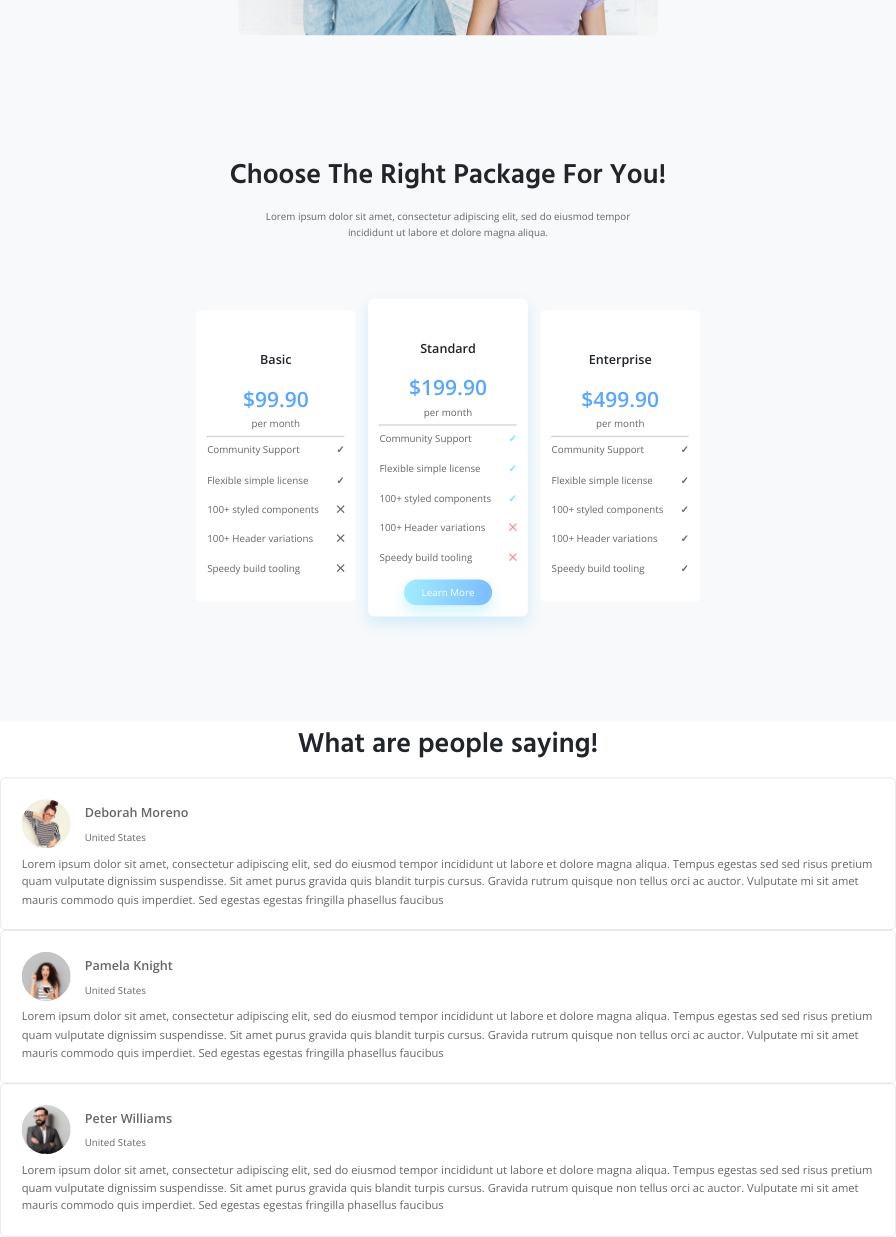
Repository: Sc-Juju/CodeRad
Page: index.html
These files come from the project's save history. The page is drawn as it stood at one moment and after the next save; the edit follows.
The browser window is 1280 px wide. The pictures show the part of the page from y = 2284 to 4204 px (the page is 4051 px tall before and 4204 px after), at 70% of full size.

Above is the page before, as saved 2022-11-11 21:34:29.

### index.html
<!DOCTYPE html>
<html>
	<head>
		<meta charset="utf-8" />
		<meta http-equiv="X-UA-Compatible" content="IE=edge" />
		<title>CodeRad</title>
		<meta name="description" content="" />
		<meta name="viewport" content="width=device-width, initial-scale=1" />

		<link
			href="https://fonts.googleapis.com/css2?family=Open+Sans:wght@300;400;600;700&display=swap"
			rel="stylesheet"
		/>
		<link
			href="https://fonts.googleapis.com/css2?family=Hind:wght@300;400;500;600;700&display=swap"
			rel="stylesheet"
		/>

		<link rel="stylesheet" href="./css/default.css" />
		<link rel="stylesheet" href="./css/styles.css" />
		<link rel="stylesheet" href="./css/responsive.css" />
	</head>
	<body>
		<nav class="navbar nav">
			<div class="container">
				<button
					class="navbar-toggler"
					aria-expanded="false"
					aria-controls="navbarDropdown"
				>
					<span>&#9776;</span>
				</button>
				<a class="navbar-brand" href="index.html">CodeRad</a>
				<ul class="navbar-nav">
					<li class="nav-link">
						<a href="#">Home</a>
					</li>

					<li class="nav-link">
						<a href="#">Blog</a>
					</li>
					<li class="nav-link">
						<a href="#">Portfolio</a>
					</li>
					<li class="nav-link">
						<a href="#">Contact</a>
					</li>
				</ul>
			</div>
		</nav>

		<header class="bg-header">
			<div class="container">
				<div class="hero-wrapper">
					<h2 class="hero-header">
						Young in our spirits and <br />
						modern look.
					</h2>
					<a class="btn btn-white" href="#">Learn more</a>
				</div>
			</div>
		</header>
		<!--Why me-->
		<section>
			<div class="container why-me-wrapper">
				<div class="block-text">
					<span>Why choose me</span>
					<h2>
						Meeting Your Needs <br />
						In Website Building
					</h2>
					<p>
						Lorem ipsum dolor sit amet, consectetur adipiscing elit,
						sed do eiusmod tempor incididunt ut labore et dolore
						magna aliqua.
					</p>
					<a href="" class="btn btn-primary">Learn More</a>
				</div>
				<div>
					<img src="./CodeRad-assets/image2.svg" alt="Icon Chart" />
				</div>
			</div>
		</section>
		<!--Services-->
		<section class="bg-contrast">
			<div class="container service-grid">
				<div class="service-card">
					<span class="bg-color-1"></span>
					<div>
						<h3>Branding</h3>
						<p>
							Lorem ipsum dolor sit amet, consectetur adipiscing
							elit, sed do eiusmod tempor incididunt ut labore et
							dolore magna aliqua. Ut morbi tincidunt augue
							interdum velit euismod in pellentesque. Congue
							mauris rhoncus aenean vel.
						</p>
					</div>
				</div>
				<div class="service-card">
					<span class="bg-color-2"></span>
					<div>
						<h3>Design & UX</h3>
						<p>
							Lorem ipsum dolor sit amet, consectetur adipiscing
							elit, sed do eiusmod tempor incididunt ut labore et
							dolore magna aliqua. Ut morbi tincidunt augue
							interdum velit euismod in pellentesque. Congue
							mauris rhoncus aenean vel.
						</p>
					</div>
				</div>
				<div class="service-card">
					<span class="bg-color-3"></span>
					<div>
						<h3>Development</h3>
						<p>
							Lorem ipsum dolor sit amet, consectetur adipiscing
							elit, sed do eiusmod tempor incididunt ut labore et
							dolore magna aliqua. Ut morbi tincidunt augue
							interdum velit euismod in pellentesque. Congue
							mauris rhoncus aenean vel.
						</p>
					</div>
				</div>
				<div class="service-card">
					<span class="bg-color-4"></span>
					<div>
						<h3>User analysis</h3>
						<p>
							Lorem ipsum dolor sit amet, consectetur adipiscing
							elit, sed do eiusmod tempor incididunt ut labore et
							dolore magna aliqua. Ut morbi tincidunt augue
							interdum velit euismod in pellentesque. Congue
							mauris rhoncus aenean vel.
						</p>
					</div>
				</div>
				<div class="service-card">
					<span class="bg-color-5"></span>
					<div>
						<h3>UX Research</h3>
						<p>
							Lorem ipsum dolor sit amet, consectetur adipiscing
							elit, sed do eiusmod tempor incididunt ut labore et
							dolore magna aliqua. Ut morbi tincidunt augue
							interdum velit euismod in pellentesque. Congue
							mauris rhoncus aenean vel.
						</p>
					</div>
				</div>
				<div class="service-card">
					<span class="bg-color-6"></span>
					<div>
						<h3>SEO Service</h3>
						<p>
							Lorem ipsum dolor sit amet, consectetur adipiscing
							elit, sed do eiusmod tempor incididunt ut labore et
							dolore magna aliqua. Ut morbi tincidunt augue
							interdum velit euismod in pellentesque. Congue
							mauris rhoncus aenean vel.
						</p>
					</div>
				</div>
			</div>
		</section>

		<!--Video Demo-->
		<section class="video-demo">
			<div class="container">
				<div class="block-text">
					<h2>Telling Our Story</h2>
					<p>
						Lorem ipsum dolor sit amet, consectetur adipiscing elit,
						sed do eiusmod tempor <br />
						incididunt ut labore et dolore magna aliqua.
					</p>
				</div>
				<div class="video-box">
					<a href="#" class="video-btn">
						<img
							src="./CodeRad-assets/play.svg"
							alt="Play Video Button"
						/>
					</a>
					<img
						src="./CodeRad-assets/demo-video-thumbnail.jpg"
						alt="Video thumbnail"
					/>
				</div>
			</div>
		</section>

		<!--Pricing plans-->
		<section class="bg-contrast">
			<div class="block-text pricing-header">
				<h2>Choose The Right Package For You!</h2>
				<p>
					Lorem ipsum dolor sit amet, consectetur adipiscing elit, sed
					do eiusmod tempor <br />
					incididunt ut labore et dolore magna aliqua.
				</p>
			</div>
			<div class="pricing-table">
				<div class="price-card">
					<h3>Basic</h3>
					<div class="price">$99.90</div>
					<div class="billed">per month</div>
					<hr />
					<ul>
						<li>
							<span class="title">Community Support</span>
							<span class="icon">&#10003;</span>
						</li>
						<li>
							<span class="title">Flexible simple license</span>
							<span class="icon">&#10003;</span>
						</li>
						<li>
							<span class="title">100+ styled components</span>
							<span class="icon">&#10761;</span>
						</li>
						<li>
							<span class="title">100+ Header variations</span>
							<span class="icon">&#10761;</span>
						</li>
						<li>
							<span class="title">Speedy build tooling</span>
							<span class="icon">&#10761;</span>
						</li>
					</ul>
				</div>

				<div class="price-card featured">
					<h3>Standard</h3>
					<div class="price">$199.90</div>
					<div class="billed">per month</div>
					<hr />
					<ul>
						<li>
							<span class="title">Community Support</span>
							<span class="icon checked">&#10003;</span>
						</li>
						<li>
							<span class="title">Flexible simple license</span>
							<span class="icon checked">&#10003;</span>
						</li>
						<li>
							<span class="title">100+ styled components</span>
							<span class="icon checked">&#10003;</span>
						</li>
						<li>
							<span class="title">100+ Header variations</span>
							<span class="icon times">&#10761;</span>
						</li>
						<li>
							<span class="title">Speedy build tooling</span>
							<span class="icon times">&#10761;</span>
						</li>
						<div class="plan-btn-wrapper">
							<a href="" class="btn btn-primary">Learn More</a>
						</div>
					</ul>
				</div>

				<div class="price-card">
					<h3>Enterprise</h3>
					<div class="price">$499.90</div>
					<div class="billed">per month</div>
					<hr />
					<ul>
						<li>
							<span class="title">Community Support</span>
							<span class="icon">&#10003;</span>
						</li>
						<li>
							<span class="title">Flexible simple license</span>
							<span class="icon">&#10003;</span>
						</li>
						<li>
							<span class="title">100+ styled components</span>
							<span class="icon">&#10003;</span>
						</li>
						<li>
							<span class="title">100+ Header variations</span>
							<span class="icon">&#10003;</span>
						</li>
						<li>
							<span class="title">Speedy build tooling</span>
							<span class="icon">&#10003;</span>
						</li>
					</ul>
				</div>
			</div>
		</section>

		<!--Testimonials-->
		<section class="testimonials">
			<div class="block-text">
				<h2>What are people saying!</h2>
			</div>
			<div class="testimonial-grid">
				<div class="testimonial-card">
					<div class="top">
						<img
							src="./CodeRad-assets/1.png"
							alt=""
							class="profile"
						/>
						<div class="top-info">
							<h4>Deborah Moreno</h4>
							<span>United States</span>
						</div>
					</div>
					<div class="bottom">
						<p>
							Lorem ipsum dolor sit amet, consectetur adipiscing
							elit, sed do eiusmod tempor incididunt ut labore et
							dolore magna aliqua. Tempus egestas sed sed risus
							pretium quam vulputate dignissim suspendisse. Sit
							amet purus gravida quis blandit turpis cursus.
							Gravida rutrum quisque non tellus orci ac auctor.
							Vulputate mi sit amet mauris commodo quis imperdiet.
							Sed egestas egestas fringilla phasellus faucibus
						</p>
					</div>
				</div>

				<div class="testimonial-card">
					<div class="top">
						<img
							src="./CodeRad-assets/2.png"
							alt=""
							class="profile"
						/>
						<div class="top-info">
							<h4>Pamela Knight</h4>
							<span>United States</span>
						</div>
					</div>
					<div class="bottom">
						<p>
							Lorem ipsum dolor sit amet, consectetur adipiscing
							elit, sed do eiusmod tempor incididunt ut labore et
							dolore magna aliqua. Tempus egestas sed sed risus
							pretium quam vulputate dignissim suspendisse. Sit
							amet purus gravida quis blandit turpis cursus.
							Gravida rutrum quisque non tellus orci ac auctor.
							Vulputate mi sit amet mauris commodo quis imperdiet.
							Sed egestas egestas fringilla phasellus faucibus
						</p>
					</div>
				</div>

				<div class="testimonial-card">
					<div class="top">
						<img
							src="./CodeRad-assets/3.png"
							alt=""
							class="profile"
						/>
						<div class="top-info">
							<h4>Peter Williams</h4>
							<span>United States</span>
						</div>
					</div>
					<div class="bottom">
						<p>
							Lorem ipsum dolor sit amet, consectetur adipiscing
							elit, sed do eiusmod tempor incididunt ut labore et
							dolore magna aliqua. Tempus egestas sed sed risus
							pretium quam vulputate dignissim suspendisse. Sit
							amet purus gravida quis blandit turpis cursus.
							Gravida rutrum quisque non tellus orci ac auctor.
							Vulputate mi sit amet mauris commodo quis imperdiet.
							Sed egestas egestas fringilla phasellus faucibus
						</p>
					</div>
				</div>
			</div>
		</section>
	</body>
</html>

### css/default.css
:root{
    --white:#fff;
    --black: #000;
    --font-color-base:#666;
    --font-color-dark:#212529;
    --font-color-light:#b0aebe;
    --font-color-link:#57a6ff;
    --footer:#34314b;
    --footer-base:2e2b45;
    --contrast:rgba(246, 248, 249, 0.8);
    --success: #64ecf5;
    --danger:#ff8b8d;
    --grad-1:#a1ecff;
    --grad-2:#7dbcff;


    --size-10:0.625rem;
    --size-14:0.875rem;
    --size-16:1rem;
    --size-18:1.125rem;
    --size-20:1.25rem;
    --size-30:1.875rem;
    --size-40:2.5rem;
    --size-50:3.125rem;
    --size-100:6.25rem;
    --size-150:9.375rem;
}
body{
    font-family:"Open Sans", sans-serif;
    font-weight: 400;
    font-size:0.875rem;
    line-height: 1.6;
    letter-spacing: 0;
    color: var(--font-color-base);
    margin:0;
    padding:0;
}
*,
::after,
::before{
    box-sizing: border-box;
}
ul{
    padding:0;
    margin:0;
    list-style: none;
}
a {text-decoration: none;}
p {margin-top:0;}
h2{
    font-size:1.75rem;
    font-weight:500;
    line-height:1.2;
}
img {
    width:100%;
    max-width:100%;
    vertical-align:middle;
    border-style: none;
}
.container{
    width: 100%;
    padding-left:15px;
    padding-right:15px;
    margin-right:auto;
    margin-left:auto;
}

.btn{
    display: inline-block;
    font-weight: 400;
    color: var(--font-color-dark);
    text-align: center;
    cursor: pointer;
    user-select: none;
    background-color: transparent;
    border: 1px solid transparent;
    padding: .375rem .75rem;
    border-radius:1.25rem;
    transition: ease-in-out .3s;
}
.btn-primary{
    background-image: linear-gradient(90deg, var(--grad-1)0%, var(--grad-2)100%);
    border: 1px var(--grad-1);
    box-shadow: 0 10px 20px rgba(161, 236, 255, .5);
    transition: ease-in-out .3s;
    color: var(--white);
    padding: .4375rem 1.5625rem;
}

.btn-white{
    background-color: var(--white);
    color: var(--font-color-link);
    box-shadow: 0px 10px 20px rgba(255, 255, 255, .35);
    padding: .475rem 1.75rem;
}

@media (min-width:1200px){
    .container{ max-width: 1140px; }
}
@media (min-width:768px){
    .pricing-table{max-width:720px;}
}

### css/styles.css
.navbar{
    position: fixed;
    top: 0;
    right: 0;
    left: 0;
    z-index: 200;
    transition: ease-in-out .3s;
}
[aria-controls="navbarDropdown"]{
    display:none;
}
.navbar-nav{
    display: flex;
    align-items: center;
}
.navbar .container{
    display: flex;
    align-items: center;
}
.navbar-brand{
    margin-right:auto;
    font-size: 2rem;
    font-weight: 700;
    width: 100%;
    transition: ease-in-out .3s;
    color: var(--white);

}
.bg-header,
.video-demo{
    background-color: var(--footer);
    background-repeat: no-repeat;
    background-size: cover;
    background-position:50% 20%;
    position: relative;
    z-index: 1;
    padding: 4.6875rem 0;
}
.bg-header{background-image: url(../CodeRad-assets/bg-header-1.jpg);}
.video-demo{background-image: url(../CodeRad-assets/bg-demo.jpg);}
.bg-header::before{
    background-image: linear-gradient(30deg,
    rgba(21,27,38, .8)0%,
    rgba(0,0,0,.2)100%);
    position: absolute;
    content:"";
    top: 0;
    left: 0;
    right: 0;
    bottom: 0;
    width: 100%;
    height: 100%;
    z-index: -1;
}
.nav-link a{
    color: var(--white);
    font-size: .8125rem;
    font-weight: 600;
    font-family: "Hind", sans-serif;
    text-transform: uppercase;
    margin-right: 2.5rem;
    line-height: 1.25rem;
}
.hero-header{
    color: var(--white);
}
.why-me-wrapper{
    display: flex;
    align-items: center;
}
.why-me-wrapper div{
    flex: 1;
}
.block-text{
    padding-right: var(--size-50);
}
.block-text span{
    color: var(--font-color-dark);
    font-weight: 300;
}
.block-text h2{
    font-size: var(--size-40);
    font-family: "Hind", sans-serif;
    font-weight: 600;
    color: var(--font-color-dark);
    margin-bottom: var(--size-20);
    line-height: 1.3;
    margin-top: 0.5rem;
}
.bg-contrast{
    background-color: var(--contrast);
    padding: var(--size-150) 0;
    margin: 0 auto;
}
.service-grid{
    display: grid;
    grid-template-columns: repeat(auto-fit,minmax(300px, 1fr));
    gap: var(--size-20);
}
.service-card{
    padding: var(--size-30);
    box-shadow: 0 0 10px rgba(48, 63, 100, .15);
    background: white;
    border-radius: 8px;
}
.service-card span{
    width:4.375rem;
    height: 4.375rem;
    background: green;
    display: block;
    float: left;
    margin-right: 15px;
    border-radius: 50%;
    background: var(--font-color-light);
}
span.bg-color-1 {background-image: linear-gradient(90deg, #9ccdf3 0%, #94aafd 100%);}
span.bg-color-2 {background-image: linear-gradient(90deg, #55edc0 0%, #4bdbdb 100%);}
span.bg-color-3 {background-image: linear-gradient(90deg, #fda498 0%, #f58b9e 100%);}
span.bg-color-4 {background-image: linear-gradient(90deg, #f2a7ca 0%, #c289f4 100%);}
span.bg-color-5 {background-image: linear-gradient(90deg, #ffc187 0%, #fe93a7 100%);}
span.bg-color-6 {background-image: linear-gradient(90deg, #a1ecff 0%, #7dbcff 100%);}

.video-demo{text-align: center;}
.video-demo .block-text{padding-right: 0;}

.video-demo .block-text h2,
.video-demo .block-text p{
    color: var(--white);
}

.video-btn{
    position: absolute;
    top: 50%;
    left: 50%;
    transform: translate(-50%, -50%);
    box-shadow: 0 10px 20px rgba(57, 166, 251, .3);
}
.video-btn img{
    height: var(--size-100);
    width: var(--size-100);
}
.video-box{
    position: relative;
    margin-bottom: -9.375rem;
    z-index: 100;
}
.video-box > img{
    max-width: 600px;
    border-radius: 8px;
}
.block-text.pricing-header{
    text-align: center;
    padding-right: 0;
    margin: var(--size-100) 0;
}
.pricing-table{
    display: grid;
    grid-template-columns: repeat(auto-fit, minmax(215px, 1fr));
    gap: var(--size-18);
    margin: auto;
    align-items: flex-start;
}
.price-card{
    background-color:var(--white);
    border-radius: 8px;
    padding: var(--size-16);
}
.price-card .checked{color: var(--success);}
.price-card .times{color: var(--danger);}

.price-card.featured{
    box-shadow: 0 10px 20px rgba(82,179,255,.2);
    margin-top: -1rem;
}
.price-card h3{
    margin-top: var(--size-40);
    font-size: var(--size-18);
    color: var(--font-color-dark);
    font-weight: 600;
}
.plan-card hr{margin: 2rem 0 1rem;}
.price{
    color: var(--font-color-link);
    font-size: var(--size-30);
    font-weight: 600;
}
.price-card h3,
.price-card .price,
.price-card .billed{text-align: center;}

.price-card li{margin-bottom: var(--size-20);}
.price-card .icon{
    float: right;
    font-weight:600;
}
.plan-btn-wrapper{text-align: center;}

.testimonials .block-text{
    padding-right: 0;
    text-align: center;
}

.testimonial-card{
    border: 1px solid #dedede;
    border-radius: 8px;
    padding: var(--size-30);
}

.testimonial-card .top{
    display:flex;
    align-items: center;
    padding-bottom: var(--size-10);
}

.testimonial-card img.profile{
    width: 70px;
    border-radius: 50%;
    margin-right: var(--size-20);
}

.top h4{
    margin-top: 0;
    margin-bottom: var(--size-10);
    font-weight: 600;
    font-size: var(--size-18);
}

.bottom p{
    margin: 0;
    font-size: var(--size-16);
    line-height: 1.6;
}

Loaded but not shown: css/responsive.css (no copy from this time; the picture is the same without it)

After the next save:
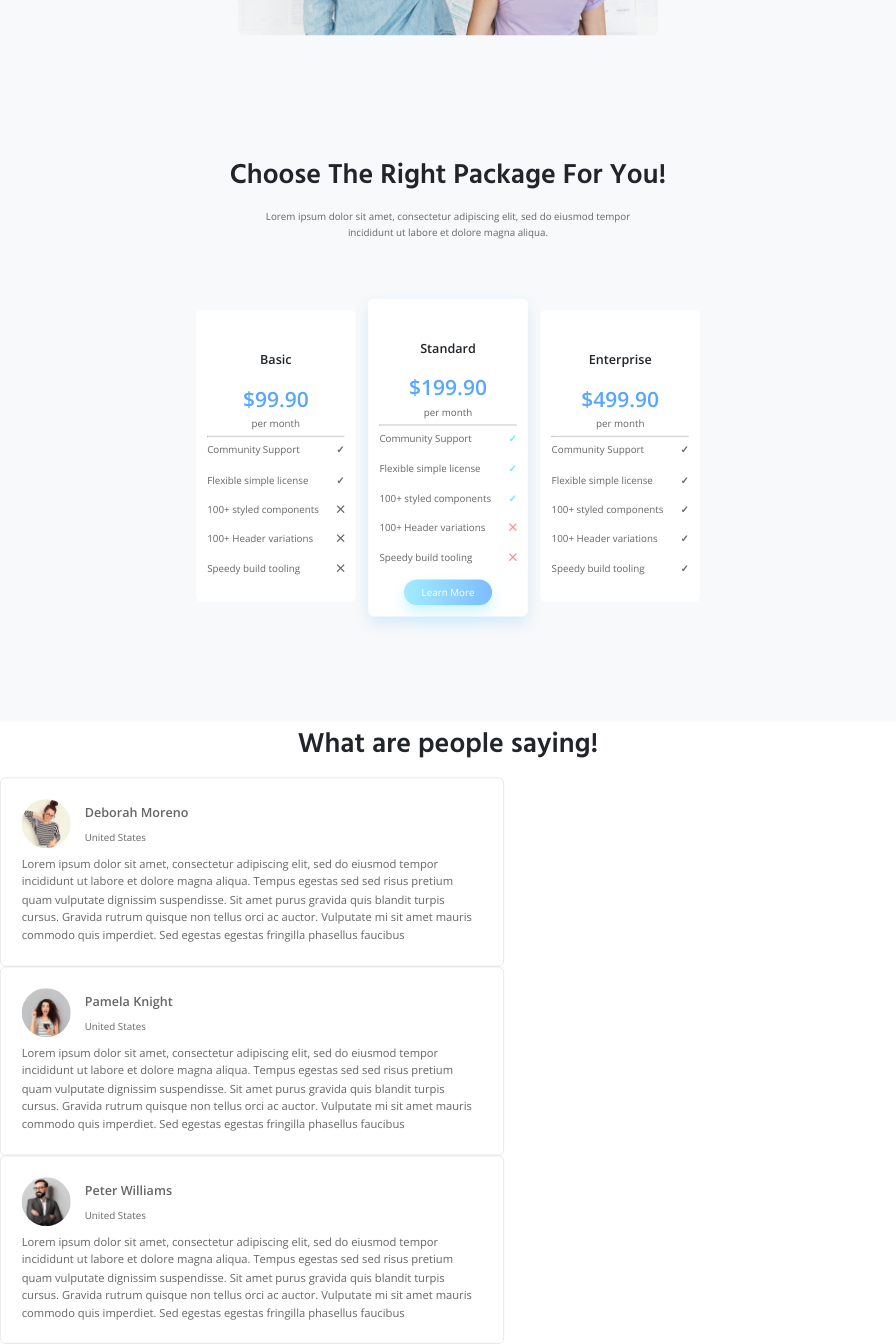
Saved 4 min 40 s later.
--- a/css/default.css
+++ b/css/default.css
@@ -99,5 +99,6 @@ img {
     .container{ max-width: 1140px; }
 }
 @media (min-width:768px){
-    .pricing-table{max-width:720px;}
+    .pricing-table,
+    .testimonial-grid{max-width:720px;}
 }
